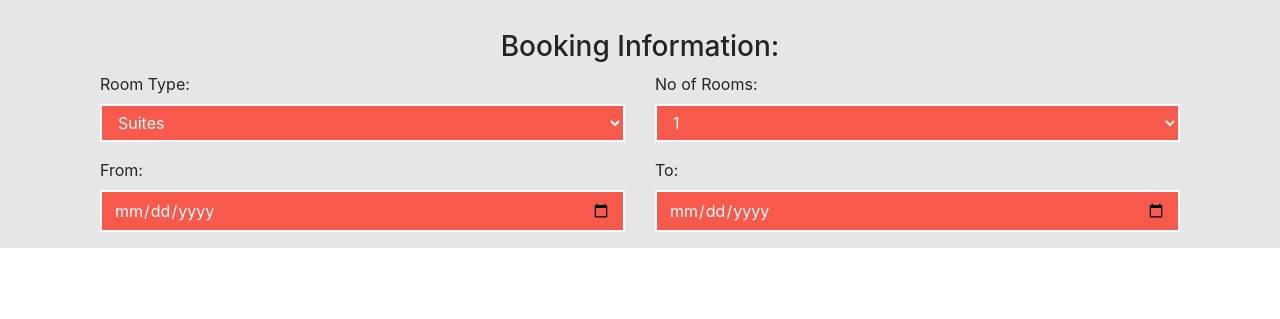
Repository: kapsky5/HotelManagement
Page: booking.html
An editor plug-in stored every save of this project. The page is shown before and after the next save, followed by the edit.
The browser window is 1280 px wide. The pictures show the whole page.

Above is the page before, as saved 2019-11-07 03:40:56.

### booking.html
<!DOCTYPE html>
<html lang="en">
<head>
    <meta charset="UTF-8">
    <meta name="viewport" content="width=device-width, initial-scale=1.0">
    <meta http-equiv="X-UA-Compatible" content="ie=edge">
    <title>RADISSON BLU</title>
    <link rel="stylesheet" href="css/main.css">
    <link rel="stylesheet" href="https://maxcdn.bootstrapcdn.com/bootstrap/4.0.0/css/bootstrap.min.css" integrity="sha384-Gn5384xqQ1aoWXA+058RXPxPg6fy4IWvTNh0E263XmFcJlSAwiGgFAW/dAiS6JXm" crossorigin="anonymous">
</head>
<body>
    <div class="containerz">
        <div class="container">
            <div class="header" style="padding-top: 30px;">
                <div class="text-center">
                    <h3>Booking Information:</h3>
                </div>
            </div>
            <form action="" method="POST">
                <div class="row">
                    <div class="col-md-6">
                        <div class="form-group">
                            <label>Room Type:</label>
                            <select class="form-control" placeholder="Select-Room">
                                <option>Suites</option>
                                <option>Deluxe Rooms</option>
                                <option>King Rooms</option>
                                <option>Single</option>
                            </select>
                        </div>
                    </div>
                    <div class="col-md-6">
                        <div class="form-group">
                            <label>No of Rooms:</label>
                            <select class="form-control">
                                <option>1</option>
                                <option>2</option>
                                <option>3</option>
                                <option>4</option>
                            </select>
                        </div>
                    </div>
                    <div class="col-md-6">
                        <div class="form-group">
                            <label>From:</label>
                            <input class="form-control" type="date">
                        </div>
                    </div>
                    <div class="col-md-6">
                        <div class="form-group">
                            <label>To:</label>
                            <input class="form-control" type="date">
                        </div>
                    </div>
                </div>
            </form>
        </div>
    </div>
</body>
</html>

### css/main.css
.fixed-top{
    position: absolute !important;
}
.carousel-item{
    height: 100vh;
    min-height: 300px;
    background: no-repeat center center scroll;
    -webkit-baackground-size: cover;
    background-size: cover;
    position: absolute;
}
.carousel-caption {
    top: 40% !important;
}
.carousel-caption h5{
    color: #ffffff;
    text-transform: uppercase;
    font-size: 35px;
    letter-spacing: 2px;
    margin-top:25px;
}
.navbar-light .nav-link{
    text-transform: uppercase;
    color: #ffffff !important;
    font-size: 15px;
    margin-left: 20px;
}
.navbar-light .navbar-brand{
    color: #ffffff !important;
    font-size: 30px;
    letter-spacing: 1px;
}
.nav-link:active, .nav-link:hover {
    color: #F75A4C !important;
}
.carousel-caption .btn {
    margin: 40px 20px;
    padding: 15px 30px;
    border-radius: 40px;
    background: #F75A4C;
    border: none;
    text-transform: uppercase;
    font-size: 18px;
}
.carousel-caption .btn:hover{
    background: #454244;
}
.fac{
    margin: 0 auto;
    font-size: 25px;
    letter-spacing: 1px;
}
.tabx h6{
    font-weight: 600 !important;
}
.nav-item.nav-link{
    color: rgb(192, 192, 192);
}
.nav-item.nav-link.active{
    color: #F75A4C !important;
    background-color: #ffffff !important;
}
#tabs .nav > a{
    border-radius: 0px;
    padding: 40px 1rem;
    border-bottom: 1px solid rgb(192, 192, 192);
}
#tabs .nav > a.active{
    border-bottom: 1px solid #F75A4C;
}
.containerx{
    padding: 40px;
}
.containerx p{
    font-size: 18px;
    line-height: 1.8;
    color: #848484;
}
.tabImg{
    max-width: 100%;
    height: 550px;
}
.heading{
    color: #F75A4C;
    text-transform: uppercase;
    margin-bottom: 20px;
}
.sub-heading{
    margin-top: 20px;
    font-size: 16px;
    color: rgb(192, 192, 192);
}
.foot{
    margin-top: 50px;
    background-color: #E6E6E6;
}
.rowinfoot{
    padding: 30px 0px;
}
.foo-head{
    font-size: 20px;
    color: #F75A4C;
    margin: 20px 0;
}
.foo-text{
    font-size: 16px;
    line-height: 1.5;
}
.foo-text li a{
    color: black;
    text-decoration: none;
}
.copyright {
    color: white;
    background: #554f53;
    justify-content: center;
}
.copyright p{
    margin-bottom: 0;
}
.image{
    width: 100%;
    height: 50vh;
}
.containerz{
    background-color: #E6E6E6;
}
.heading1{
    text-transform: uppercase;
    font-size: 24px;
    letter-spacing: 1px;
}
.room-img{
    width: 100%;
    height: 415px;
}
.card{
    border-radius: 0px !important;
}
.card-body{
    padding: 0px !important;
}
.head-room{
    color: #F75A4C;
    font-size: 22px;
    text-transform: uppercase;
    letter-spacing: 1px;
}
.card-body.row.col-md-5, .card-body.row.col-md-7, .card-body.row.col-md-6, .card-body.row.col-md-3{
    padding: 0px !important;
}

.containerz .imgx, .containerz .imgx{
    padding: 0px !important;
}
.dpt, .dpts{
    padding: 40px 50px !important;
}
.dpt p{
    font-size: 18px;
    line-height: 1.8;
    color: #848484;
}
.dpts p{
    font-size: 16px;
    line-height: 1.5;
    color: #848484;
}
.row{
    margin: 0px !important;
}
.card .btn{
    padding: 10px 30px;
    border-radius: 0px;
    background: #F75A4C;
    border: none;
    text-transform: uppercase;
    font-size: 18px;
}
.avail{
    color: white;
    margin-top: 40px !important;
    background-color: #F75A4C;
    padding: auto auto;
}
.form-control{
    background-color: #F75A4C !important;
    color: white !important;
    border-radius: 0 !important;
    border: 2px solid white !important;
}
input[type=date]::-webkit-inner-spin-button {
    -webkit-appearance: none;
    display: none;
}
.result .btn{
    margin: 10px 20px;
    padding: 15px 30px;
    border-radius: 40px;
    background: #F75A4C;
    border: none;
    text-transform: uppercase;
    font-size: 18px;
}

After the next save:
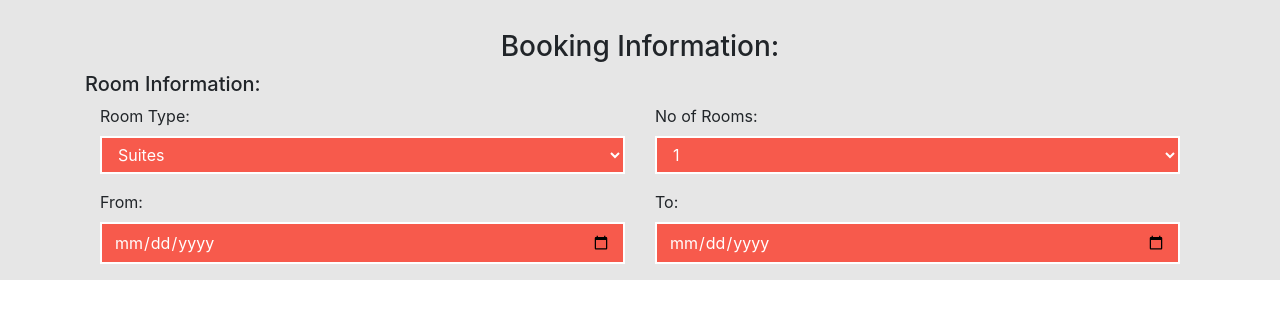
Saved 2 min 23 s later.
--- a/booking.html
+++ b/booking.html
@@ -16,7 +16,10 @@
                     <h3>Booking Information:</h3>
                 </div>
             </div>
+
+
             <form action="" method="POST">
+                <h5>Room Information:</h5>
                 <div class="row">
                     <div class="col-md-6">
                         <div class="form-group">
